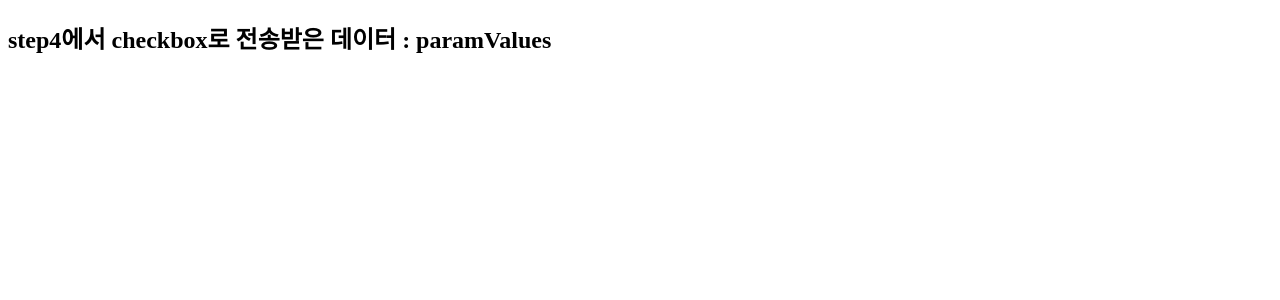
Repository: HaeunOh/study
Page: http://localhost/jstl_study/step-5.jsp
These files come from the project's save history. The page is drawn as it stood at one moment and after a run of saves; the edit follows.
The browser window is 1280 px wide. The pictures show the whole page.
The page is served by Tomcat 9.

Above is the page before, as saved 2024-04-11 03:50:50.

After the next 2 saves:
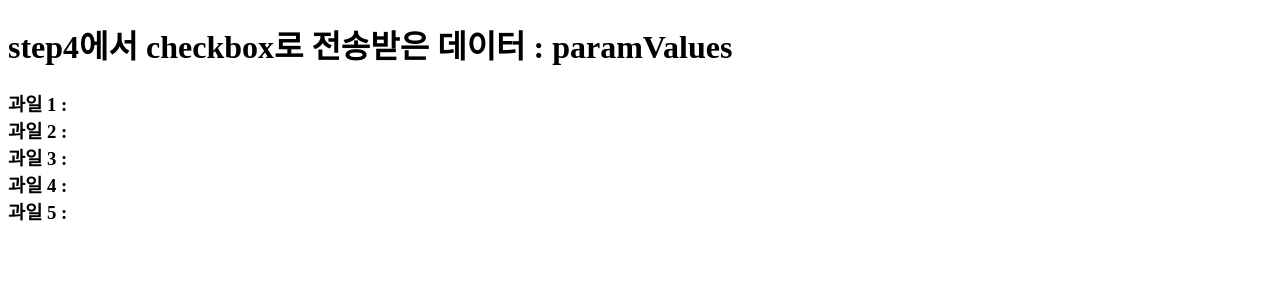
The 2 saves are shown as one change because they came seconds apart.
The last was saved 89 s later.
--- a/_jstl_workspace/jstl_study/src/main/webapp/step-5.jsp
+++ b/_jstl_workspace/jstl_study/src/main/webapp/step-5.jsp
@@ -7,7 +7,14 @@
 <title>Insert title here</title>
 </head>
 <body>
-	<h2>step4에서 checkbox로 전송받은 데이터 : paramValues</h2>
+	<h1>step4에서 checkbox로 전송받은 데이터 : paramValues</h1>
+	<h3>
+		과일 1 : ${paramValues.food[0] } <br>
+		과일 2 : ${paramValues.food[1] } <br>
+		과일 3 : ${paramValues.food[2] } <br>
+		과일 4 : ${paramValues.food[3] } <br>
+		과일 5 : ${paramValues.food[4] } <br>
+	</h3>
 
 </body>
 </html>
